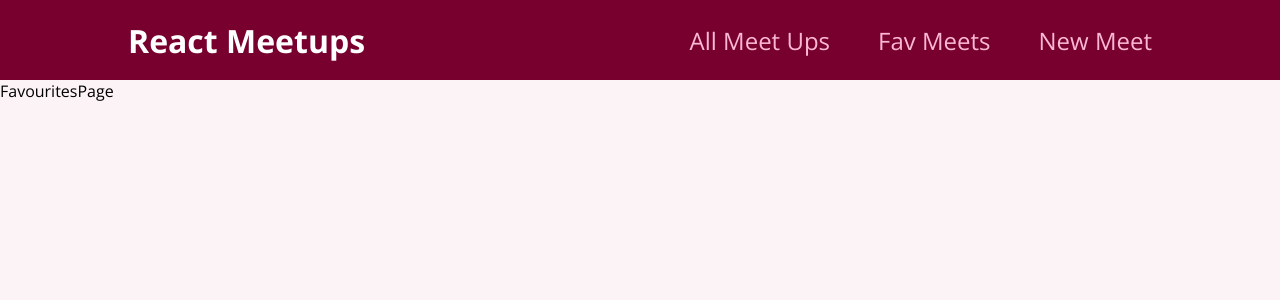
Repository: portretrieve/react-meetup-app
Page: /fav
The author's editor kept a copy of each file at every save. The page is drawn from the files as they stood at one save, then again after the next save.
The browser window is 1280 px wide. The pictures show the whole page.
The project was rebuilt for these pictures with package versions that can differ from the ones it lists, and the page was loaded fresh each time. A package was used in the major version that the imports need, not the one package.json lists. Also part of the build but not shown: src/components/meetups/MeetupList.module.css, src/components/meetups/Meetupitem.module.css, src/components/userInterface/Card.module.css, src/components/userInterface/Card.js, src/components/meetups/MeetupItem.js, src/components/meetups/MeetupList.js, src/pages/AllMeetups.js, src/pages/NewMeetup.js.

Above is the page before, as saved 2021-08-19 00:39:47.

### src/App.js
import { Route, Switch } from "react-router-dom";

import AllMeetupsPage from "./pages/AllMeetups";
import FavouritesPage from "./pages/Favourites";
import NewMeetupPage from "./pages/NewMeetup";
import Layout from "./components/layout/Layout";

function App() {
  return (
    <Layout>
      <Switch>
        <Route path="/" exact>
          <AllMeetupsPage />
        </Route>
        <Route path="/fav">
          <FavouritesPage />
        </Route>
        <Route path="/meet">
          <NewMeetupPage />
        </Route>
      </Switch>
    </Layout>
  );
}

export default App;

### src/pages/Favourites.js
function FavouritesPage() {
  return <div>FavouritesPage</div>;
}

export default FavouritesPage;

### src/components/layout/Layout.js
import classes from "./Layout.module.css";
import MainNavigation from "./MainNavigation";
function Layout(props) {
  return (
    <div>
      <MainNavigation></MainNavigation>
      <main className="classes.main">{props.children}</main>
    </div>
  );
}

export default Layout;

### src/components/layout/MainNavigation.js
import { Link } from "react-router-dom";
import classes from "./MainNavigation.module.css";

function MainNavigation() {
  return (
    <header className={classes.header}>
      <div className={classes.logo}>React Meetups</div>
      <nav>
        <ul>
          <li>
            <Link to="/">All Meet Ups</Link>
          </li>
          <li>
            <Link to="/fav">Fav Meets</Link>
          </li>
          <li>
            <Link to="/meet">New Meet</Link>
          </li>
        </ul>
      </nav>
    </header>
  );
}

export default MainNavigation;

Loaded but not shown: public/index.html (common file); src/index.js (common file); src/index.css (common file); src/components/layout/MainNavigation.module.css (common file); src/components/layout/Layout.module.css (common file)

After the next save:
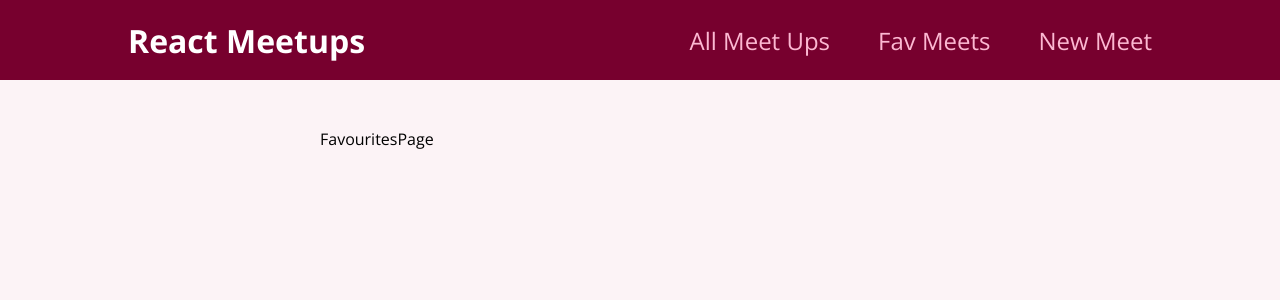
Saved 13 s later.
--- a/src/components/layout/Layout.js
+++ b/src/components/layout/Layout.js
@@ -4,7 +4,7 @@ function Layout(props) {
   return (
     <div>
       <MainNavigation></MainNavigation>
-      <main className="classes.main">{props.children}</main>
+      <main className={classes.main}>{props.children}</main>
     </div>
   );
 }
